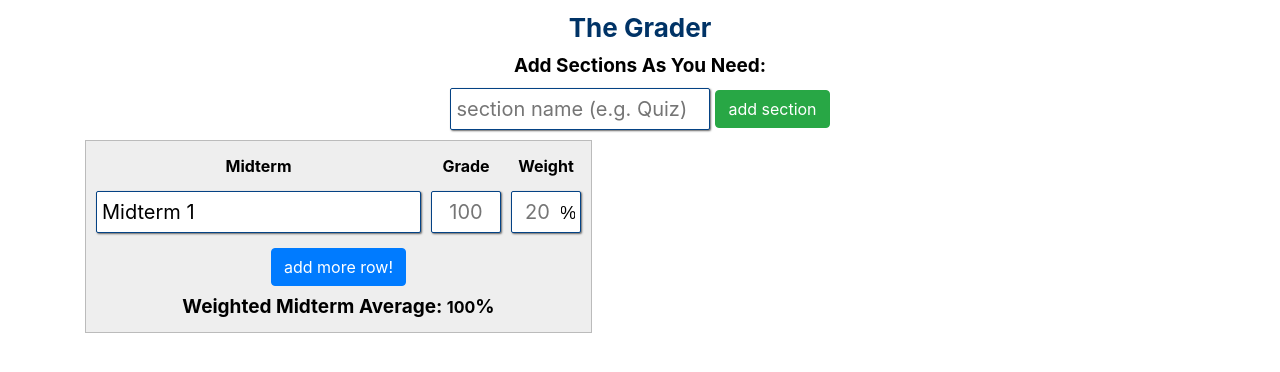
Repository: BarishNamazov/BarishNamazov.github.io
Page: thegrader/index.html
An editor plug-in stored every save of this project. The page is shown before and after the next save, followed by the edit.
The browser window is 1280 px wide. The pictures show the whole page.

Above is the page before, as saved 2020-10-31 17:43:19.

### thegrader/index.html
<!doctype html>
<html lang="en">
  <head>
    <meta charset="utf-8">
    <meta name="viewport" content="width=device-width, initial-scale=1, shrink-to-fit=no">

    <!-- Bootstrap CSS -->
    <link rel="stylesheet" href="https://cdn.jsdelivr.net/npm/bootstrap@4.5.3/dist/css/bootstrap.min.css" integrity="sha384-TX8t27EcRE3e/ihU7zmQxVncDAy5uIKz4rEkgIXeMed4M0jlfIDPvg6uqKI2xXr2" crossorigin="anonymous">

    <!-- Custon CSS -->
    <link rel="stylesheet" href="app.css">

    <title>The Grader</title>
  </head>
  <body>
    <div class="container">
      <div class="row">
        <div class="col-lg-12">
          <h1>The Grader</h1>

          <h3>Add Sections As You Need:</h3>

          <div class="divSectionAdder">
            <input type="text" class="sectionName" placeholder="section name (e.g. Quiz)"><button valign="center" class="btn btn-success sectionAdder" id="sectionAdder">add section</button>
          </div>

          <table class="gradePanel">
            <tbody>
              <tr>
                <td>
                  <table>
                    <tbody>
                      <tr class="rowHeader">
                        <td class="tableHeader tableName"><strong>Midterm</strong></td>
                        <td class="tableHeader"><strong>Grade</strong></td>
                        <td class="tableHeader"><strong>Weight</strong></td>
                      </tr>
                      <tr>
                        <td><input type="text" class="gradeName" value="Midterm 1" autocomplete="off"></td>
                        <td><input type="text" class="gradeValue" placeholder="100"></td>
                        <td><input type="text" class="gradeWeight percentIcon" placeholder="20"></td>
                      </tr>
                    </tbody>
                  </table>

                  <div class="moreRows"></div>

                  <button class="btn btn-primary rowAdder" id="section1RowAdder">add more row!</button>

                  <div class="gradeBar">
                    <h3>
                      Weighted Midterm Average: <span class="sectionAverage">100</span>%
                    </h3>
                  </div>
                </td>
              </tr>
            </tbody>
          </table>
          <div class="moreSections"></div>
        </div>
      </div>
    </div>



    <script src="https://code.jquery.com/jquery-3.5.1.slim.min.js" integrity="sha384-DfXdz2htPH0lsSSs5nCTpuj/zy4C+OGpamoFVy38MVBnE+IbbVYUew+OrCXaRkfj" crossorigin="anonymous"></script>
    <script src="https://cdn.jsdelivr.net/npm/bootstrap@4.5.3/dist/js/bootstrap.bundle.min.js" integrity="sha384-ho+j7jyWK8fNQe+A12Hb8AhRq26LrZ/JpcUGGOn+Y7RsweNrtN/tE3MoK7ZeZDyx" crossorigin="anonymous"></script>
    <script src="https://code.jquery.com/jquery-3.5.1.min.js" integrity="sha256-9/aliU8dGd2tb6OSsuzixeV4y/faTqgFtohetphbbj0=" crossorigin="anonymous"></script>
    <script src="scripts.js"></script>
  </body>
</html>

### thegrader/app.css
body,p,td,div,span,input,th,li,textarea{font-size:16px;color:#000;}

body{background:#fff;margin:0px;padding:0px;border:0;text-align: center;}

h1 {
  text-align: center;
  color: blue;
}
.divSectionAdder{
  margin: 10px auto;
  display: flex;
  align-items: center;
  justify-content: center;
}
.sectionName{
  margin-right: 5px;
  width: 260px;
}
.gradePanel{
	background:#eee;
	border: solid 1px #bbbbbb;
  padding: 10px;
  margin-bottom: 10px;
}
td{
  padding: 5px;
}

h1{color:#003366;font-size:26px;font-weight:bold;padding:0;margin:12px 0;}
#resulth1{background-color:#ffefe7;padding:0px 5px 0px 5px;border-top:#930 1px dotted;}
h2{font-size:22px;font-weight:bold;color:#003366;padding:0; margin-bottom: 2px;}
h3{font-size:19px;font-weight:bold;}
hr{border:0;color:#aaa;background-color:#aaa;height:1px;}
a{color:#069;text-decoration:underline;}
a:hover{text-decoration:none;}
input{padding: 5px;color:#000;}
select{padding: 4px;color:#000;}
option{font-size:16px;}
input[type=text],
input[type=number],
select {
	border: 1px solid #044284;
	border-radius: 2px;
	box-shadow: 1px 1px 2px #666;
	font-size:20px;
}

.tableHeader{
  text-align: center;
}
.rowHeader{
  height: 40px;
}
.gradeWeight, .gradeValue{
  text-align:center;
  width: 70px;
}
.percentIcon{
	background: white url('media/percent.svg') right 5px center no-repeat;
  padding-right: 22px;
}
.rowAdder{
  margin: 10px auto;
}

### thegrader/scripts.js
var newRow = "<table><tbody><tr><td><input type=\"text\" class=\"gradeName\" value=\"Midterm X\" autocomplete=\"off\"></td><td><input type=\"text\" class=\"gradeValue\"></td><td><input type=\"text\" class=\"gradeWeight percentIcon\"></td></tr></tbody></table>\n ";

var newSection = "<table class=\"gradePanel\"> <tbody> <tr> <td> <table> <tbody> <tr class=\"rowHeader\"> <td class=\"tableHeader tableName\"><strong>Midterm</strong></td> <td class=\"tableHeader\"><strong>Grade</strong></td> <td class=\"tableHeader\"><strong>Weight</strong></td> </tr> <tr> <td><input type=\"text\" class=\"gradeName\" value=\"Midterm 1\" autocomplete=\"off\"></td> <td><input type=\"text\" class=\"gradeValue\" placeholder=\"100\"></td> <td><input type=\"text\" class=\"gradeWeight percentIcon\" placeholder=\"20\"></td> </tr> </tbody> </table> <div class=\"moreRows\"></div> <button class=\"btn btn-primary rowAdder\">add more row!</button> </td> </tr> </tbody> </table>";

if (!String.prototype.splice) {
  String.prototype.splice = function(start, delCount, newSubStr) {
      return this.slice(0, start) + newSubStr + this.slice(start + Math.abs(delCount));
  };
}

var sectionCount = 1;

function rowAdder(){
  var idx = $(this).parents(".gradePanel").find("table").length + 1;
  var namePanel = $(this).parents(".gradePanel").find(".tableName").text();
  var editedRow = newRow.replace("Midterm X", namePanel + " " + idx);
  $(this).parents(".gradePanel").find(".moreRows").before(editedRow);
}
$(".rowAdder").on("click", rowAdder);

function sectionAdder(dir){
  var x = (typeof dir == "string") ? $(dir) : $(this);
  var sectionInputName = $(".sectionName").val();
  if (!sectionInputName) return;
  var editedSection = newSection.replaceAll("Midterm", sectionInputName);

  $(".moreSections").before(editedSection);

  $(".rowAdder").eq(sectionCount++).on("click", rowAdder);

  $(".sectionName").val(null);
}


$(".sectionAdder").on("click", sectionAdder);
$(".sectionName").on("keypress", function(e) {
  if (e.which == 13) {
    sectionAdder(".sectionName");
  }
})

function updateSectionGrade() {

}

$(".gradeValue").change(updateSectionGrade);

After the next save:
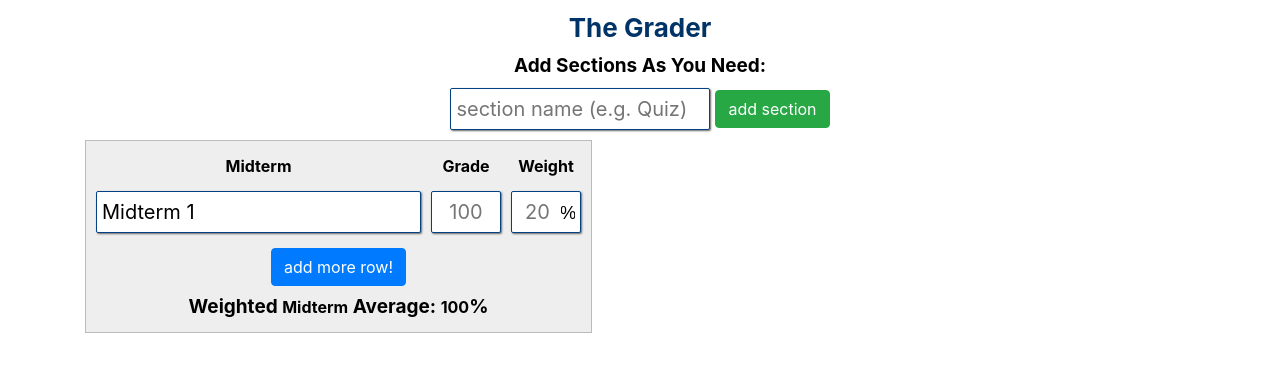
Saved 38 s later.
--- a/thegrader/index.html
+++ b/thegrader/index.html
@@ -49,7 +49,7 @@
 
                   <div class="gradeBar">
                     <h3>
-                      Weighted Midterm Average: <span class="sectionAverage">100</span>%
+                      Weighted <span class="toBeNamedSection">Midterm</span> Average: <span class="sectionAverage">100</span>%
                     </h3>
                   </div>
                 </td>
